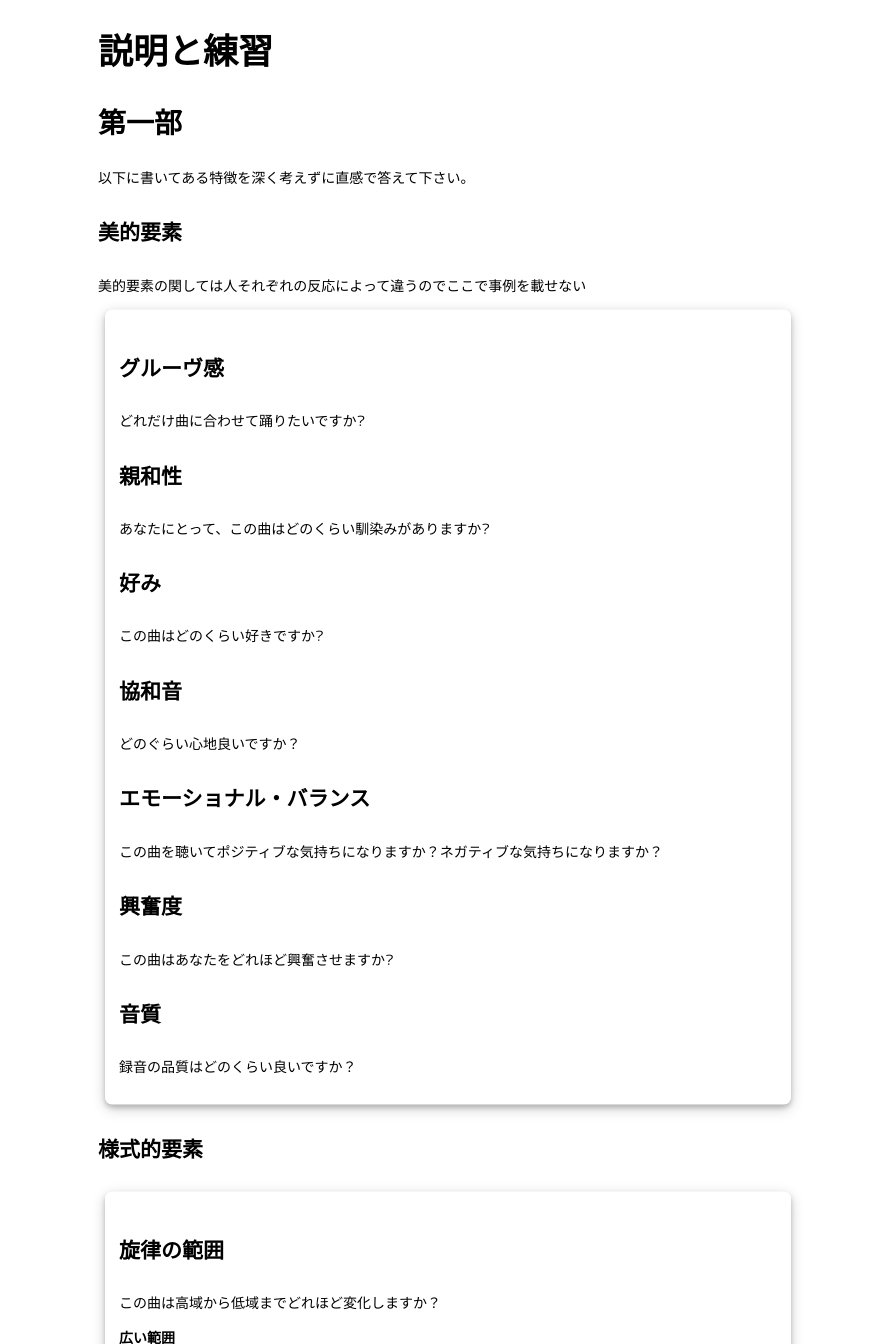
Repository: hideodaikoku/feat-explanation
Page: index.html
The author's editor kept a copy of each file at every save. The page is drawn from the files as they stood at one save, then again after the next save.
The browser window is 1280 px wide. The pictures show the part of the page from y = 0 to 1920 px (the page is 5243 px tall), at 70% of full size.

Above is the page before, as saved 2019-09-04 11:12:32.

After the next save:
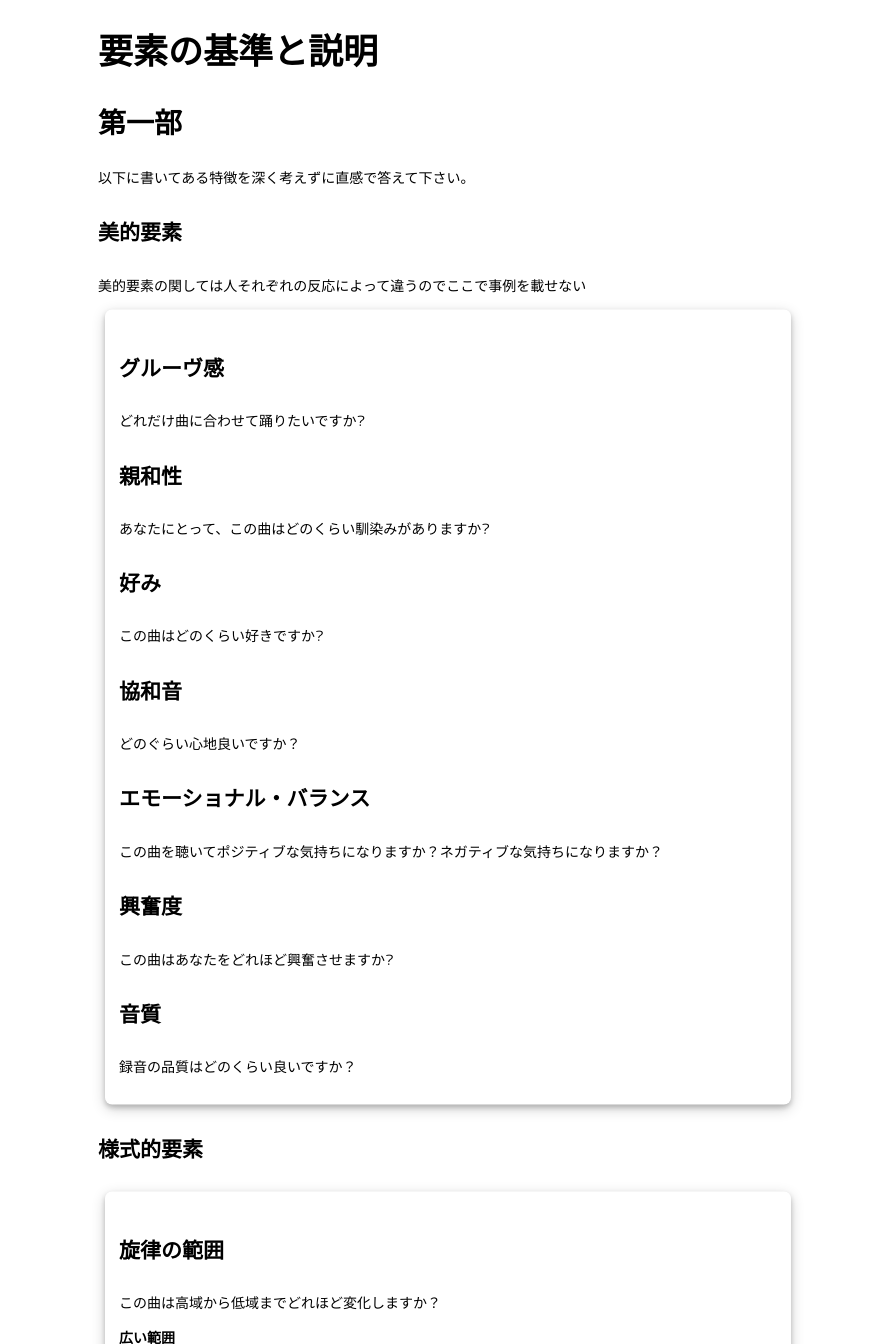
Saved 5 h 12 min later.
--- a/index.html
+++ b/index.html
@@ -10,7 +10,7 @@
 <body>
     <div id="page-container">
         <div class="l-container">
-            <h1>説明と練習</h1>
+            <h1>要素の基準と説明</h1>
             <h2> 第一部 </h2>
             <p>以下に書いてある特徴を深く考えずに直感で答えて下さい。</p>
             <h4>美的要素</h4>
